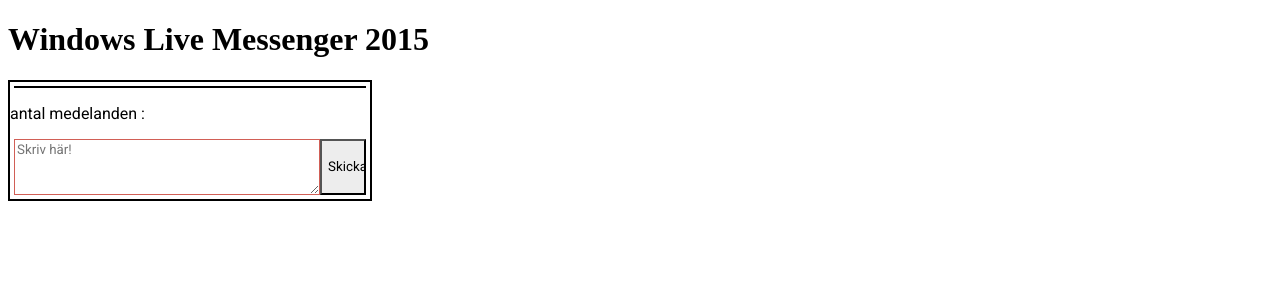
Repository: rs222kn/1dv403-laborationer
Page: 2-labbymezzage/index.html
The author's editor kept a record of every edit. The page is drawn from the files as they stood at one moment, then again after the next edit.
The browser window is 1280 px wide. The pictures show the whole page.

Above is the page before.

### 2-labbymezzage/index.html
<!DOCTYPE html>
<html lang="sv">
<head>
	<meta charset="UTF-8" />
 	<title>MSN</title>
 	<link href='https://fonts.googleapis.com/css?family=Roboto' rel='stylesheet' type='text/css'>
    <link rel="stylesheet" type="text/css" href="css/style.css">
</head>
    <body>
        <header>
            <h1>Windows Live Messenger 2015</h1>
        </header>
        <main>
            <p id="antmessage"></p>
            <div id="holder">
                <div id="messagearea">

                </div>
                <div id="controls">
                <p id="antMessage" >antal medelanden : </p>

     		        <textarea id="txt" name="textarea" placeholder="Skriv här!" ></textarea>
     		        <input type="submit" name="bnt" id="send" value="Skicka"/>
     		    </div>
     		</div>

        </main>
        <script src="js/Aimessage.js"></script>
        <script src="js/Message.js"></script>
        <script src="js/MessageBoard.js"></script>
    </body>
</html>

### 2-labbymezzage/css/style.css
/* container for message */
.message{
    margin-left: 20px;
    padding: 6px;
    min-height: 64px;
    margin-bottom: 6px;
    margin-top: 6px;
    width: 300px;
    position: relative;
    background-color: #D15F56;
}
/* arraw */
.message:after {
	right: 100%;
	top: 78%;
	border: solid transparent;
	content: " ";
	height: 0;
	width: 0;
	position: absolute;
	pointer-events: none;
	border-right-color: #D15F56;
	border-width: 10px;
	margin-top: -10px;
}
/* mesasge text */
.messageText{

    font-family: 'Roboto', sans-serif;
    color: #FFFFFF;
    margin: 0;
    padding: 0;
    margin-bottom: 4px;
    margin-right: 40px;
}
/* time stamp text on message */
.pdate{
    font-family: 'Roboto', sans-serif;
    font-size: 10px;
    margin: 0;
    padding:0;
    margin-right: 40px;
}

#holder{
    width: 360px;
    border: solid 2px;
}
#messagearea{
    margin: 4px;
    border: solid 1px;
}
/* img buttins (clock/remove)*/
.imgBtn{
    height: 20px;
    width: 20px;
    margin:0;
    padding: 0;
    float:right;
}

#txt{
    font-family: 'Roboto', sans-serif;
    margin-left:4px;
    width: 300px;
	height:50px;
	border:1px solid #D15F56;
}
#send{
    font-family: 'Roboto', sans-serif;
    float:right;
    position:relative;
    height:56px;
	width:46px;
	background-color:#ededed;
	margin-right: 4px;
}
#send:hover {
	background-color:#dfdfdf;
}
#send:focus{
    outline:0 !important;
}
#antMessage{
    font-family: 'Roboto', sans-serif;
}

#controls{

}

### 2-labbymezzage/js/Aimessage.js
"use strict";

function Aimessage(){

    var createElemnts = {
        newMessege: document.createElement("div"), // div taggarna medelanderna kommer va i
        text: document.createElement("p"), // medelande texten
        pdate: document.createElement("p"), // datum tiden
        imgRemove: document.createElement("img"), // ta bort knapp/bilden
        imgDate: document.createElement("img")
    };

    // text

    // img
    createElemnts.imgRemove.setAttribute("src", "img/delete.png"); // addar img bilden till imgRemove
    createElemnts.imgRemove.setAttribute("alt", "red img button");
    createElemnts.imgDate.setAttribute("src", "img/clock.png");
    createElemnts.imgDate.setAttribute("alt", "img of a smal clock");

    // class
    createElemnts.text.setAttribute("class", "messageText");
    createElemnts.pdate.setAttribute("class", "pdate");
    createElemnts.newMessege.setAttribute("class" ,"message");
    createElemnts.imgRemove.setAttribute("class", "imgBtn");
    createElemnts.imgDate.setAttribute("class", "imgBtn");

    // render
    doc.div.appendChild(createElemnts.newMessege);
    createElemnts.newMessege.appendChild(createElemnts.imgRemove);
    createElemnts.newMessege.appendChild(createElemnts.imgDate);
    createElemnts.newMessege.appendChild(createElemnts.text);
    createElemnts.newMessege.appendChild(createElemnts.pdate);
}

### 2-labbymezzage/js/Message.js
"use strict";

function Message(message, date){

    this.getText = function(){
        return message;
    };

    this.setText = function(_text){
        message = _text;
    };

    this.getDate = function(){
        return date;
    };

    this.setDate = function(_date){
        date = _date;
    };
}

Message.prototype.toString = function(){
    return this.getText()+" (" + this.getDate() +")";
};
Message.prototype.getHTMLText = function(){
    console.log("denna fungerar: getHTMLText");
    return this.getText().replace(/ \n /g, "<br />");
};
Message.prototype.getDateText = function(){
    var timeStamp = new Date();
    return timeStamp.getHours() + ":" + timeStamp.getMinutes() + ":" + timeStamp.getSeconds();
};

### 2-labbymezzage/js/MessageBoard.js
"use strict";



    var doc = {
        btn: document.getElementById("send"),
        txt: document.getElementById("txt"),
        antmess: document.getElementById("antMessage"),
        div: document.getElementById("messagearea"),

    };
    var count = 0;
    var MessageBoard = {

        messages: [],

        init: function(e){
            //btn.onClick = MessageBoard.btnClick();
            doc.btn.addEventListener("click", function(){
            MessageBoard.messages.push(new Message(doc.txt.value, new Date()));
            MessageBoard.renderMessage(MessageBoard.messages.length -1);
            });

            // enter i textarea
            doc.txt.onkeypress = function(e){
               if(e.keyCode == 13 && !e.shiftKey){
                    MessageBoard.init(doc.txt.value);
                    doc.txt.value ="";
                }
        };

        },
        btnclick: function(){

        },
        renderMessages: function(){
            document.getElementById("messagearea").innerHTML = "";

            for (var i = 0; i < MessageBoard.messages.length; i++) {
                MessageBoard.renderMessage(i);
            }
        },
        renderAiMessage: function(nr){

            setTimeout(function(){
                switch (nr) {
                    case 0:
                        new Aimessage("Hej");
                        break;
                    case 1:
                        new Aimessage("Chillar runt själv då?");
                        break;
                    case 2:
                        new Aimessage("Jaha låter kul!");
                        break;
                    case 3:
                        new Aimessage("hehe, Men vart kommer du ifrån då?");
                        break;
                    case 4:
                        new Aimessage("Okej kommer själv från Malmö");
                        break;
                    case 5:
                        new Aimessage("Har du Snapchat?");
                        break;

                    default:
                        new Aimessage("...");
                }
            }, 1500);

        },
        renderMessage: function(messageID){
            var nr = messageID+1; // bugg om man tar bort alla medelanden så står det fortfarande 1
            doc.antmess.innerHTML = "antal medelanden : " + nr; // skriver ut antal medelanden.

            var createElemnts = {
                newMessege: document.createElement("div"), // div taggarna medelanderna kommer va i
                text: document.createElement("p"), // medelande texten
                pdate: document.createElement("p"), // datum tiden
                imgRemove: document.createElement("img"), // ta bort knapp/bilden
                imgDate: document.createElement("img")
            };
            // text
            createElemnts.text.innerHTML = MessageBoard.messages[messageID].getHTMLText();
            createElemnts.pdate.innerHTML = MessageBoard.messages[messageID].getDateText();

            // img
            createElemnts.imgRemove.setAttribute("src", "img/delete.png"); // addar img bilden till imgRemove
            createElemnts.imgRemove.setAttribute("alt", "red img button");
            createElemnts.imgDate.setAttribute("src", "img/clock.png");
            createElemnts.imgDate.setAttribute("alt", "img of a smal clock");

            // class
            createElemnts.text.setAttribute("class", "messageText");
            createElemnts.pdate.setAttribute("class", "pdate");
            createElemnts.newMessege.setAttribute("class" ,"message");
            createElemnts.imgRemove.setAttribute("class", "imgBtn");
            createElemnts.imgDate.setAttribute("class", "imgBtn");

            // render
            doc.div.appendChild(createElemnts.newMessege);
            createElemnts.newMessege.appendChild(createElemnts.imgRemove);
            createElemnts.newMessege.appendChild(createElemnts.imgDate);
            createElemnts.newMessege.appendChild(createElemnts.text);
            createElemnts.newMessege.appendChild(createElemnts.pdate);

            // mouse click
            createElemnts.imgRemove.addEventListener("click", function(){ // mouse-click på imgRemove
                var r = confirm("Vill du ta bort medelandet?");
                if(r){
                    MessageBoard.removeMessage(messageID);
                }
            });

            createElemnts.imgDate.addEventListener("click", function(){ // mouse-click på imgRemove
                console.log("img clock tryck");
               alert(MessageBoard.messages[messageID].getDate());
            });


            MessageBoard.renderAiMessage(count);
            count++;
        },
        removeMessage: function(messageID){
            MessageBoard.messages.splice(messageID, 1);
            MessageBoard.renderMessages();
        }
    };



window.onload = MessageBoard.init;

After the next edit:
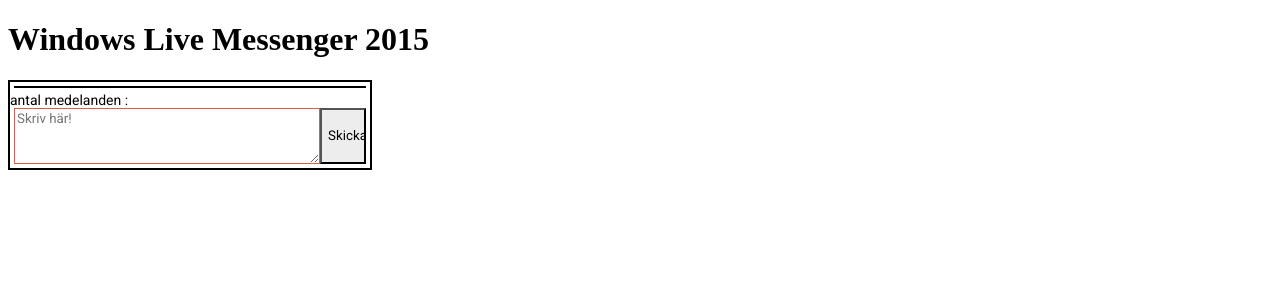
The edit:
--- a/2-labbymezzage/css/style.css
+++ b/2-labbymezzage/css/style.css
@@ -83,6 +83,12 @@
 }
 #antMessage{
     font-family: 'Roboto', sans-serif;
+    margin-left: 4px;
+    font-size: 14px;
+    margin: 0;
+    padding: 0;
+
+
 }
 
 #controls{
